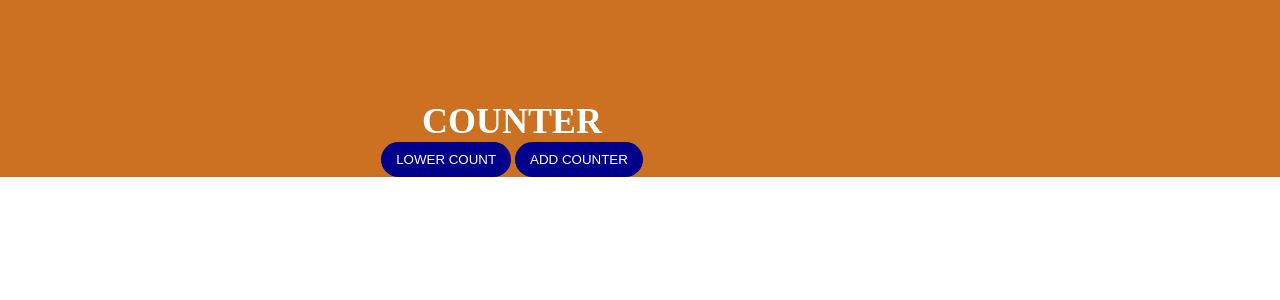
Repository: lusine-tech/counter
Page: index.html
The author's editor kept a copy of each file at every save. The page is drawn from the files as they stood at one save, then again after a run of saves.
The browser window is 1280 px wide. The pictures show the whole page.

Above is the page before, as saved 2022-02-14 16:55:29.

After the next 2 saves:
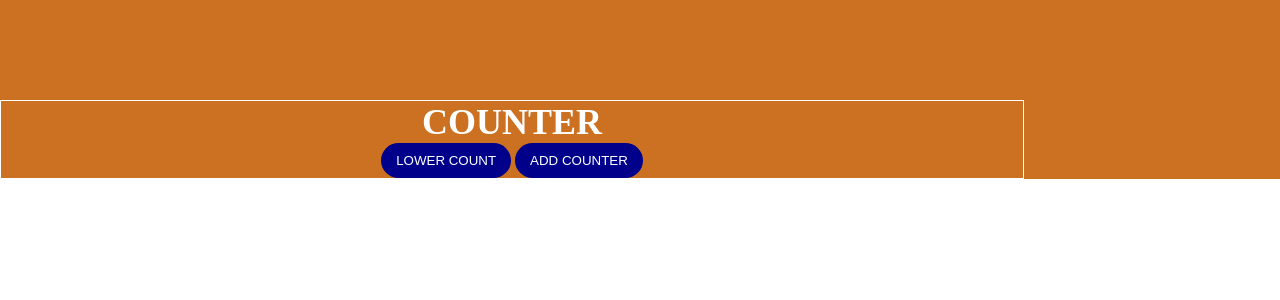
The 2 saves are shown as one change because they came seconds apart.
The last was saved 7 s later.
--- a/style.css
+++ b/style.css
@@ -14,7 +14,7 @@
 
 .block {
     width: 80%;
-    border: 1px solid #
+    border: 1px solid #fff;
 }
 .title {
     color: #fff;
